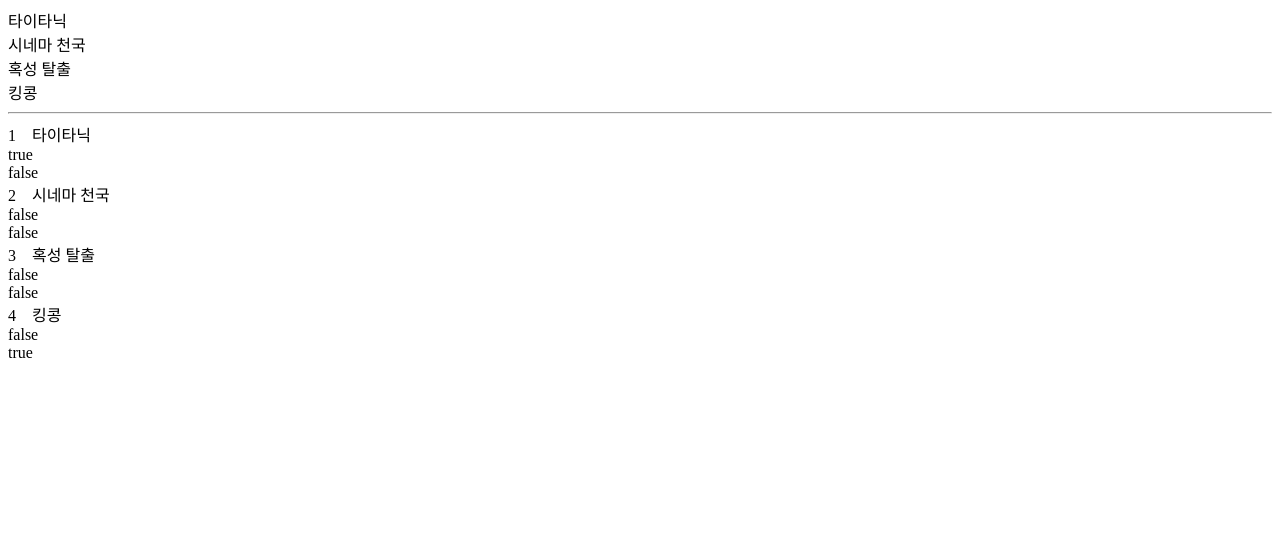
Repository: sinaboro/JSP201310
Page: http://localhost/web-study-07/14_moviesList.jsp
These files come from the project's save history. The page is drawn as it stood at one moment and after the next save; the edit follows.
The browser window is 1280 px wide. The pictures show the whole page.
The page is served by Tomcat 9.

Above is the page before, as saved 2023-10-12 03:15:26.

After the next save:
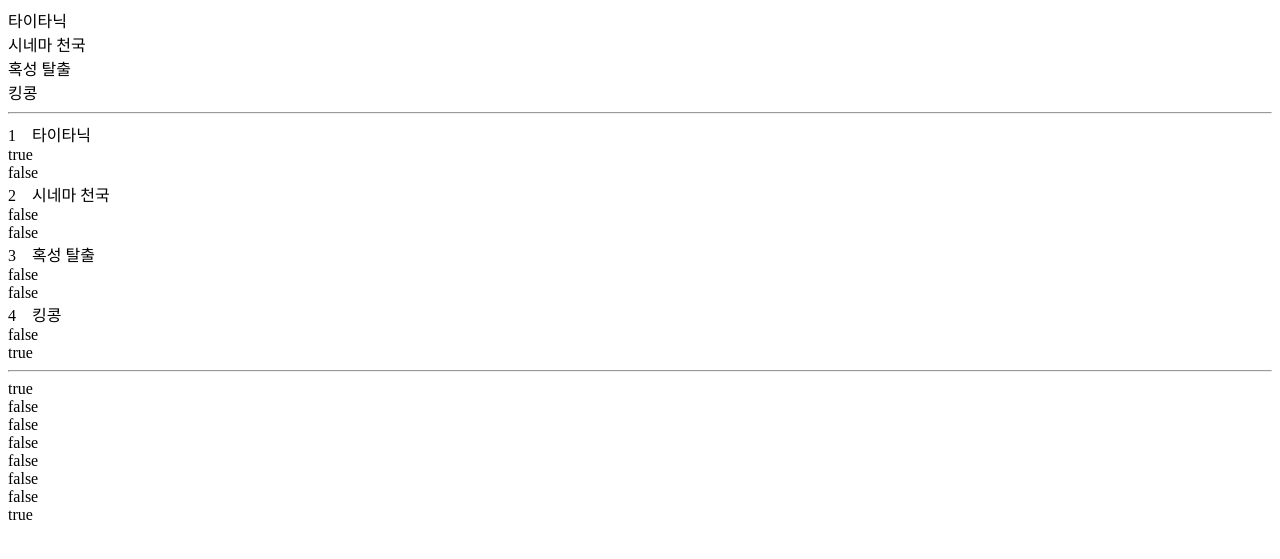
Saved 28 s later.
--- a/web-study-07/src/main/webapp/14_moviesList.jsp
+++ b/web-study-07/src/main/webapp/14_moviesList.jsp
@@ -25,6 +25,12 @@
 	${status.first}<br>
 	${status.last}<br>
 </c:forEach>
+<hr>
+
+<c:forEach var="movie" items="${movieList}" varStatus="status">
+	${status.first}<br>
+	${status.last}<br>
+</c:forEach>
 
 </body>
 </html>
